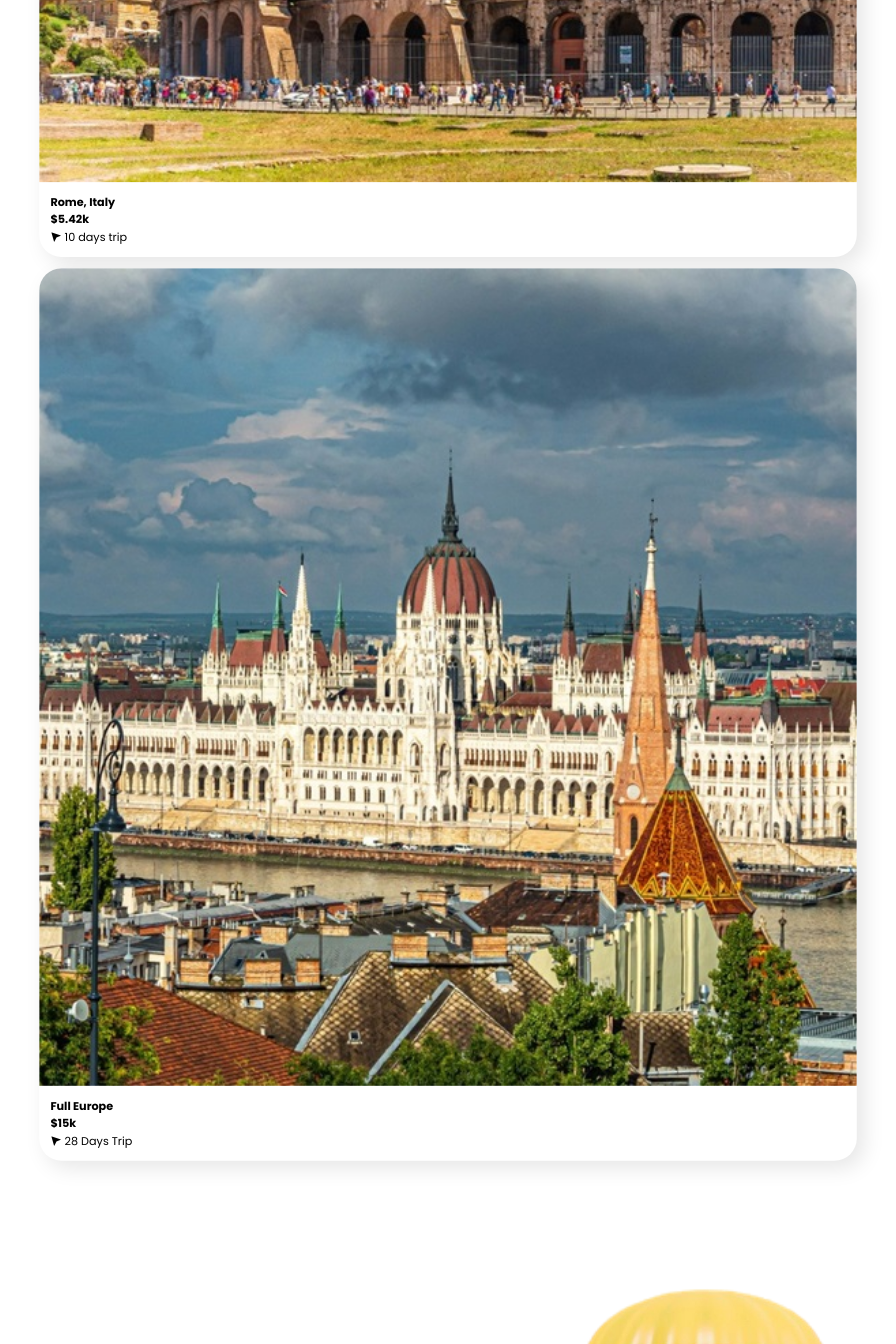
Repository: ntandomagana/travel-website
Page: index.html
The author's editor kept a copy of each file at every save. The page is drawn from the files as they stood at one save, then again after the next save.
The browser window is 1280 px wide. The pictures show the part of the page from y = 3203 to 5123 px (the page is 9519 px tall), at 70% of full size.

Above is the page before, as saved 2024-05-07 13:25:03.

### index.html
<!DOCTYPE html>
<html lang="en">
  <head>
    <meta charset="UTF-8" />
    <meta name="viewport" content="width=device-width, initial-scale=1.0" />
    <link
      href="https://cdn.jsdelivr.net/npm/remixicon@4.2.0/fonts/remixicon.css"
      rel="stylesheet"
    />
    <link
      rel="stylesheet"
      href="https://cdn.jsdelivr.net/npm/swiper@11/swiper-bundle.min.css"
    />
    <link rel="stylesheet" href="style.css" />
    <title>Travel Website</title>
  </head>
  <body>
    <nav>
      <div class="nav-header">
        <div class="logo">
          <a href="#" class="logo">Travel<span>S</span>.</a>
        </div>
        <div class="nav-menu-btn" id="menu-btn">
          <i class="ri-menu-line"></i>
        </div>
      </div>

      <ul class="nav-links" id="nav-links">
        <li><a href="#home">Home</a></li>
        <li><a href="#service">Services</a></li>
        <li><a href="#destination">Destinations</a></li>
        <li><a href="#trips">Trips</a></li>
        <li><a href="#client">Clients</a></li>
      </ul>
    </nav>

    <header class="section-container header-container" id="home">
      <div class="header-image">
        <img src="assets/header.png" alt="header" />
      </div>
      <div class="header-content">
        <h3 class="section-subheader">BEST DESTINATIONS AROUND THE WORLD</h3>
        <h1>Travel, enjoy and live a new full life</h1>
        <p>
          It's an invitation to break free from the ordinary, immerse yourself
          in diverse cultures, and embrace the beauty of the world around you.
          Let every journey be a chapter in your story of living life to its
          fullest potential.
        </p>
        <div class="header-btns">
          <button class="btn">Find out more</button>
          <a href="#">
            <span><i class="ri-play-fill"></i></span>
            Play Demo
          </a>
        </div>
      </div>
    </header>

    <section class="section-container service-container" id="service">
      <h3 class="section-subheader">CATEGORY</h3>
      <h2 class="section-header">We Offer Best Services</h2>
      <div class="service-grid">
        <div class="service-card">
          <img src="assets/weather.png" alt="service" />
          <h4>Calculated Weather</h4>
          <p>
            Stay ahead of your travels with precise weather forecasts tailored
            to your destination's conditions.
          </p>
        </div>
        <div class="service-card">
          <img src="assets/customisation.png" alt="service" />
          <h4>Customizations</h4>
          <p>
            Tailor your journey with personalized customizations, ensuring every
            detail reflects your unique travel style.
          </p>
        </div>
      </div>
    </section>

    <section class="section-container destination-container" id="destination">
      <h3 class="section-subheader">TOP SELLING</h3>
      <h2 class="section-header">Top Destinations</h2>
      <div class="destination-grid">
        <div class="destination-card">
          <img src="assets/destination-1.jpg" alt="destination" />
          <div class="destination-details">
            <div>
              <h4>Rome, Italy</h4>
              <h4>$5.42k</h4>
            </div>
            <p>
              <span><i class="ri-navigation-fill"></i></span>
              10 days trip
            </p>
          </div>
        </div>
        <div class="destination-card">
          <img src="assets/destination-3.jpg" alt="destination" />
          <div class="destination-details">
            <div>
              <h4>Full Europe</h4>
              <h4>$15k</h4>
            </div>
            <p>
              <span><i class="ri-navigation-fill"></i></span>
              28 Days Trip
            </p>
          </div>
        </div>
      </div>
    </section>

    <section class="section-container trip-container" id="trip">
      <div class="trip-image">
        <img src="assets/trip.png" />
      </div>
      <div class="trip-content">
        <h3 class="section-subheader">EASY & FAST</h3>
        <h2 class="section-header">Book Your Next Trip in 3 Easy Steps</h2>
        <ul class="trip-list">
          <li>
            <span><i class="ri-signpost-line"></i></span>
            <div>
              <h4>Choose Destination</h4>
              <p>
                Choose your dream destination from our curated selection of
                exotic locales, bustling cities, and serene getaways.
              </p>
            </div>
          </li>

          <li>
            <span><i class="ri-secure-payment-line"></i></span>
            <div>
              <h4>Reach Airport on Selected Date</h4>
              <p>
                Prepare for takeoff as you finalize your travel plans, arriving
                at the airport on your selected date ready to embark on your
                next unforgettable journey.
              </p>
            </div>
          </li>
        </ul>
      </div>
    </section>

    <section class="section-container clinet-container" id="client">
      <div class="client-content">
        <h3 class="section-subheader">TESTIMONIALS</h3>
        <h2 class="section-header">What People Say About Us</h2>
      </div>
      <div class="client-swiper">
        <!--Slider main container-->
        <div class="swiper">
          <!--Additional required wrapper-->
          <div class="swiper-wrapper">
            <!--Slides-->
            <div class="swiper-slide">
              <div class="client-card">
                <img src="assets/client-1.jpg" alt="client" />
                <div class="client-card-content">
                  <p>
                    Booking my trips through this platform has been a
                    game-changer! From the intuitive interface to the seamless
                    booking process, I've never felt more excited to explore new
                    destinations.
                  </p>
                  <h4>Emily Watson</h4>
                  <h5>Travel Enthusiast</h5>
                </div>
              </div>
            </div>
            <div class="swiper-slide">
              <div class="client-card">
                <img src="assets/client-2.jpg" alt="client" />
                <div class="client-card-content">
                  <p>
                    As a busy professional, time is of the essence. This website
                    made planning my vacation a breeze, allowing me to focus on
                    what matters most: making memories with my family.
                  </p>
                  <h4>David Nguyen</h4>
                  <h5>Business Executive</h5>
                </div>
              </div>
            </div>

            <div class="swiper-slide">
              <div class="client-card">
                <img src="assets/client-3.jpg" alt="client" />
                <div class="client-card-content">
                  <p>
                    I've been using this service for years, and it never
                    disappoints. The convenience of booking my flights,
                    accommodations, and activities all in one place saves me
                    time and stress every trip.
                  </p>
                  <h4>Michael Johnson</h4>
                  <h5>Frequent Flyer</h5>
                </div>
              </div>
            </div>
          </div>
        </div>
      </div>
    </section>

    <footer class="footer">
      <div class="section-container footer-container">
        <div class="footer-col">
          <div class="footer-logo">
            <a href="#" class="logo">Travel<span>S</span>.</a>
          </div>
          <p>
            Our platform is your passport to seamless adventures, offering a
            curated selection of destinations and a user-friendly booking
            experience.
          </p>
        </div>
        <div class="footer-col">
            <h4>Company</h4>
            <ul class="footer-links">
                <li><a href="#">About</a></li>
                <li><a href="#">Careers</a></li>
                <li><a href="#">Mobile</a></li>
            </ul>
        </div>
        <div class="footer-col">
          <h4>Contact</h4>
          <ul class="footer-links">
            <li><a href="#">Help/FAQ</a></li>
            <li><a href="#">Press</a></li>
            <li><a href="#">Affiliates</a></li>
          </ul>
        </div>
        <div class="footer-col">
          <ul class="footer-socials">
            <li>
              <a href="#"><i class="ri-facebook-fill"></i></a>
            </li>
            <li>
              <a href="#"><i class="ri-instagram-line"></i></a>
            </li>
            <li>
              <a href="#"><i class="ri-twitter-fill"></i></a>
            </li>
          </ul>
          <h5>Discover our app</h5>
          <div class="footer-discover">
            <a href="#"><img src="assets/google-play.jpg" alt="discover" /></a>
            <a href="#"><img src="assets/app-store.jpg" alt="discover" /></a>
          </div>
        </div>
      </div>
      <div class="footer-bar">
        Copyright © 2024 TravelS. All rights reserved.
      </div>
    </footer>

    <script src="https://unpkg.com/scrollreveal"></script>
    <script src="https://cdn.jsdelivr.net/npm/swiper@11/swiper-bundle.min.js"></script>
    <script src="main.js"></script>

      </div>

    </footer>
  </body>
</html>

### style.css
@import url("https://fonts.googleapis.com/css2?family=Poppins:ital,wght@0,100;0,200;0,300;0,400;0,500;0,600;0,700;0,800;0,900;1,100;1,200;1,300;1,400;1,500;1,600;1,700;1,800;1,900&display=swap");

:root {
  --primary-color: #e06951;
  --text-dark: #111827;
  --text-light: #6b7280;
  --white: #ffffff;
  --max-width: 1200px;
}

* {
  padding: 0;
  margin: 0;
  box-sizing: border-box;
}

html,
body {
  scroll-behavior: smooth;
}

body {
  font-family: "Poppins", sans-serif;
  background-image: url(assets/header-bg.png);
  background-size: contain;
  background-position: top center;
  background-repeat: no-repeat;
}

nav {
  position: fixed;
  isolation: isolate;
  width: 100%;
  max-width: var(--max-width);
  margin-inline: auto;
  z-index: 9;
}

.nav-header {
  padding: 1rem;
  width: 100%;
  display: flex;
  align-items: center;
  justify-content: space-between;
  background-color: var(--text-dark);
}

.nav-header .logo {
  color: var(--white);
}

.nav-menu-btn {
  font-size: 1rem;
  color: var(--white);
  cursor: pointer;
}

.nav-links {
  position: absolute;
  top: 65px;
  left: 0;
  width: 100%;
  list-style: none;
  display: flex;
  align-items: center;
  justify-content: center;
  flex-direction: column;
  gap: 2rem;
  padding: 2rem;
  background-color: var(--text-dark);
  transition: 0.5s;
  z-index: -1;
  transform: translateY(-100%);
}

.nav-links.open {
  transform: translateY(0);
}

.nav-links a {
  font-weight: 500;
  white-space: nowrap;
  color: var(--white);
}

.nav-links a:hover {
  color: var(--primary-color);
}

.section-container {
  max-width: var(--max-width);
  margin: auto;
  padding: 5rem 1rem;
}

.section-subheader {
  margin-bottom: 1rem;
  font-size: 1rem;
  font-weight: 500;
  line-height: 3.75rem;
  color: var(--text-light);
  text-align: center;
}

.logo {
  font-size: 1.75rem;
  font-weight: 600;
  color: var(--text-dark);
}

.logo span {
  color: var(--primary-color);
}

img {
  display: flex;
  width: 100%;
}

a {
  text-decoration: none;
  transition: 0.4s;
}

ul {
  list-style: none;
}

.header-container {
  display: grid;
  gap: 2rem;
  overflow: hidden;
}

.header-image img {
  max-width: 550px;
  margin-inline: auto;
}

.header-content .section-subheader {
  font-size: 1.2rem;
  color: var(--primary-color);
}

.header-content h1 {
  margin-bottom: 1rem;
  font-size: 4.75rem;
  font-weight: 500;
  line-height: 5.5rem;
  color: var(--text-dark);
  text-align: center;
}

.header-content p {
  margin-bottom: 2rem;
  line-height: 2rem;
  color: var(--text-light);
  text-align: center;
}

.header-btns {
  display: flex;
  align-items: center;
  justify-content: center;
  gap: 2rem;
}

.header-btns .btn {
  padding: 1rem 1.5rem;
  outline: none;
  border: none;
  font-size: 1rem;
  color: var(--white);
  background-color: #f1a501;
  border-radius: 5px;
  box-shadow: 2px 2px 20px rgba(241, 165, 1, 0.5);
  cursor: pointer;
}

.header-btns a {
  display: flex;
  align-items: center;
  gap: 1rem;
  font-size: 1rem;
  font-weight: 500;
  color: var(--text-light);
  transition: 0.3s;
}

.header-btns a:hover {
  color: var(--text-dark);
}

.header-btns a span {
  padding: 6px 12px;
  font-size: 1.5rem;
  color: var(--white);
  background-color: var(--primary-color);
  box-shadow: 2px 2px 20px rgba(224, 105, 81, 0.5);
  border-radius: 100%;
}

.service-grid {
    margin-top: 4rem;
    display: grid;
    gap: 1rem;
}

.service-card {
    padding: 2rem 1rem;
    text-align: center;
    border-radius: 2rem;
    transition: 0.3s;
}

.service-card:hover {
    box-shadow: 10px 10px 30px rgba(0, 0, 0, 0.1);
}

.service-card  img {
    margin-bottom: 2rem;
    max-width: 60px;
    margin-inline: auto;
}

.service-card h4 {
    margin-bottom: 1rem;
    font-size: 1.2rem;
    font-weight: 600;
    color: var(--text-dark);
}

.service__card p {
    color: var(--text-light);
}

.destination-grid {
    margin-top: 4rem;
    display: grid;
    gap: 1rem;
}

.destination-card {
    border-radius: 2rem;
    overflow: hidden;
    box-shadow: 10px 10px 30px rgba(0, 0, 0, 0.1);

}

.destination-details {
    padding: 1rem;
}

Loaded but not shown: main.js (no copy from this time; the picture is the same without it)

After the next save:
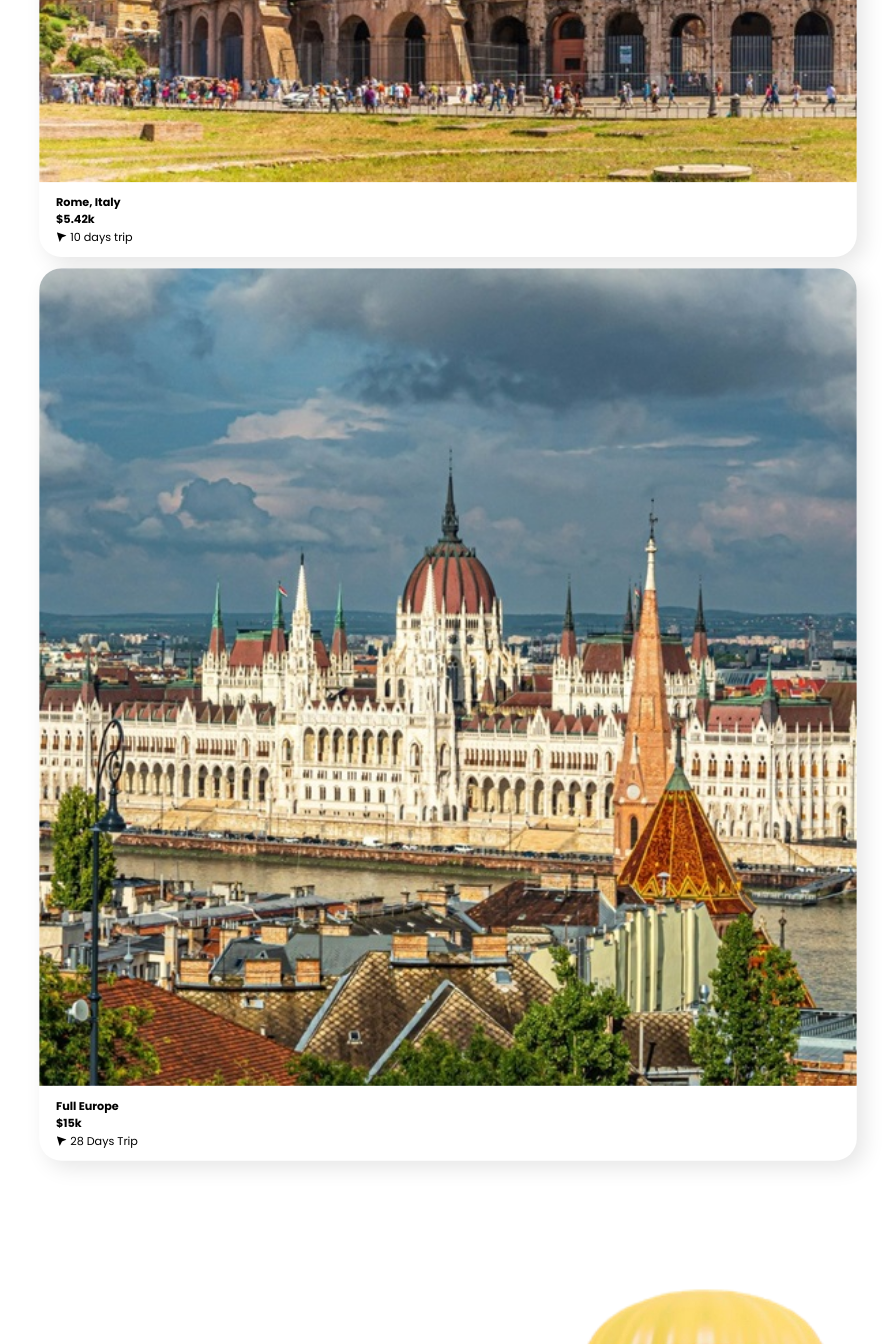
Saved 4 s later.
--- a/style.css
+++ b/style.css
@@ -248,5 +248,5 @@ ul {
 }
 
 .destination-details {
-    padding: 1rem;
-}
+    padding: 1rem 1.5rem;
+}
